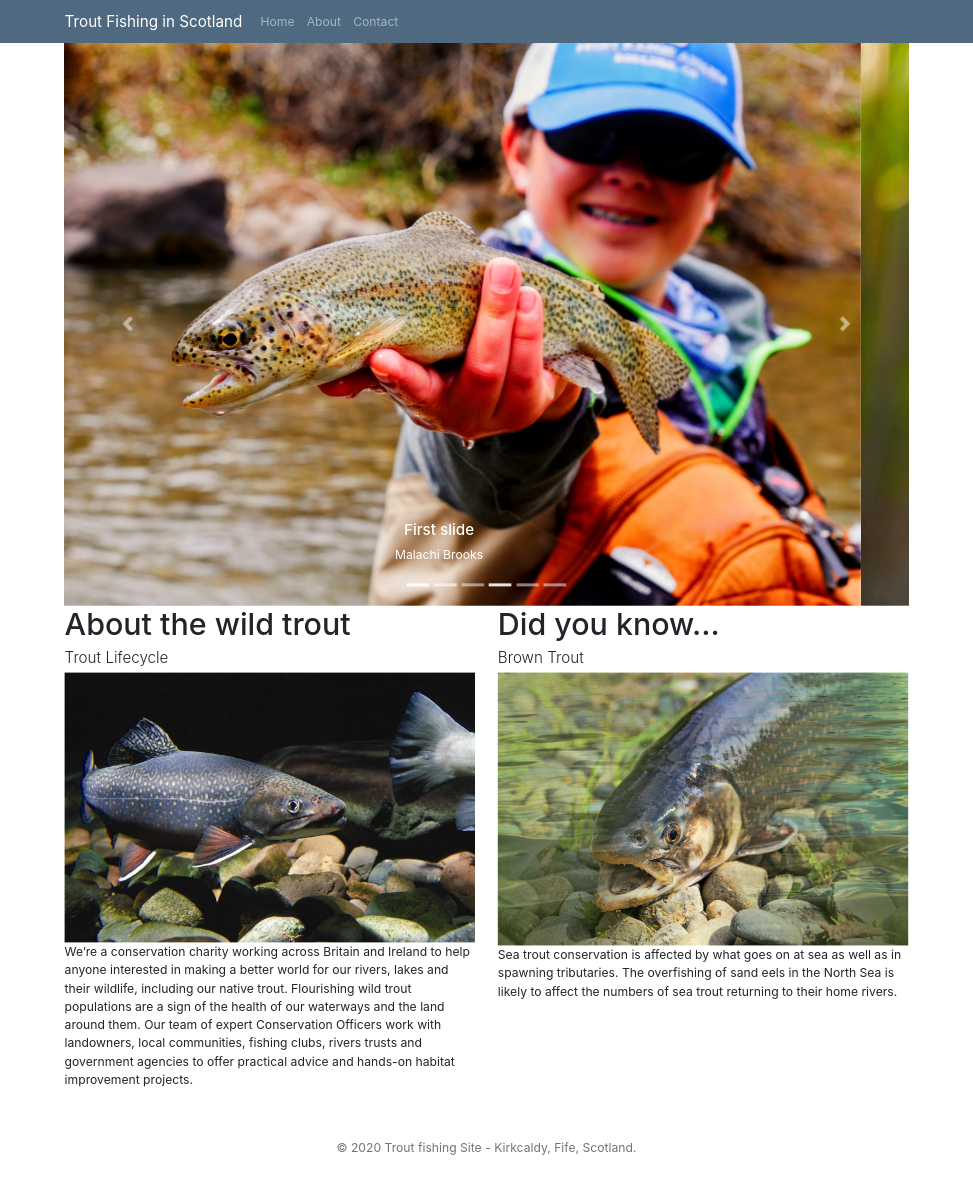
Repository: adrian9211/College_project
Page: about.html
An editor plug-in stored every save of this project. The page is shown before and after a run of saves, followed by the edit.
The browser window is 1280 px wide. The pictures show the whole page, at 76% of full size.

Above is the page before, as saved 2020-11-04 10:17:46.

After the next 2 saves:
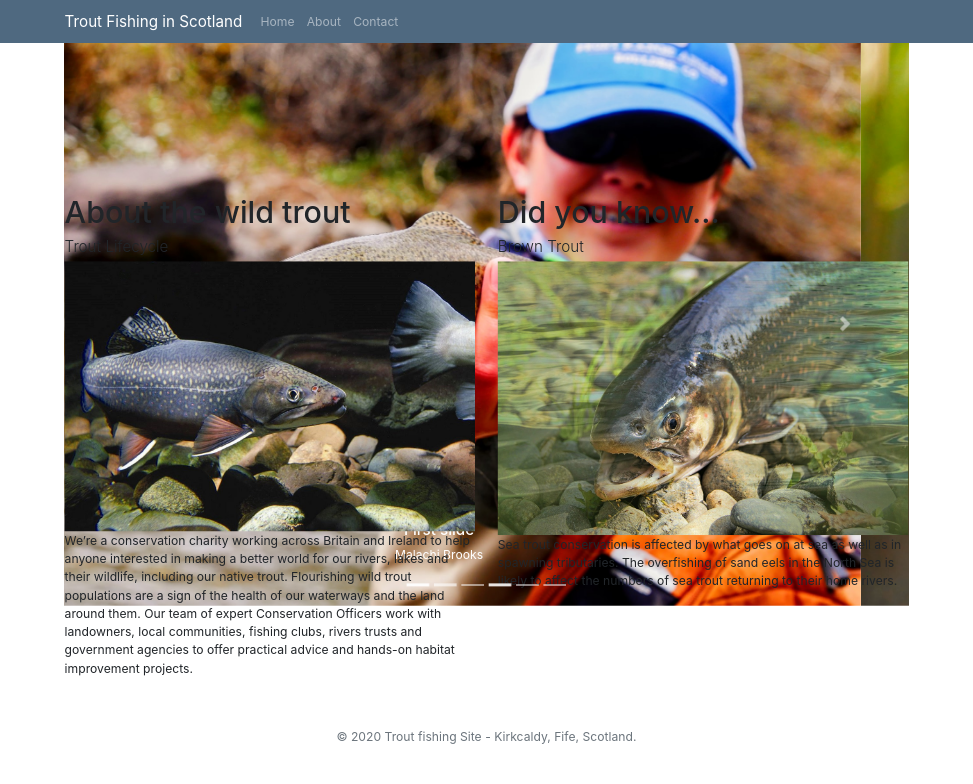
The 2 saves are shown as one change because they came seconds apart.
The last was saved 5 s later.
--- a/css/style.css
+++ b/css/style.css
@@ -29,6 +29,6 @@ footer {
     background-image: cover;
 
 }
- {
+.height2 {
     height: 200px;
 }

After the save that followed:
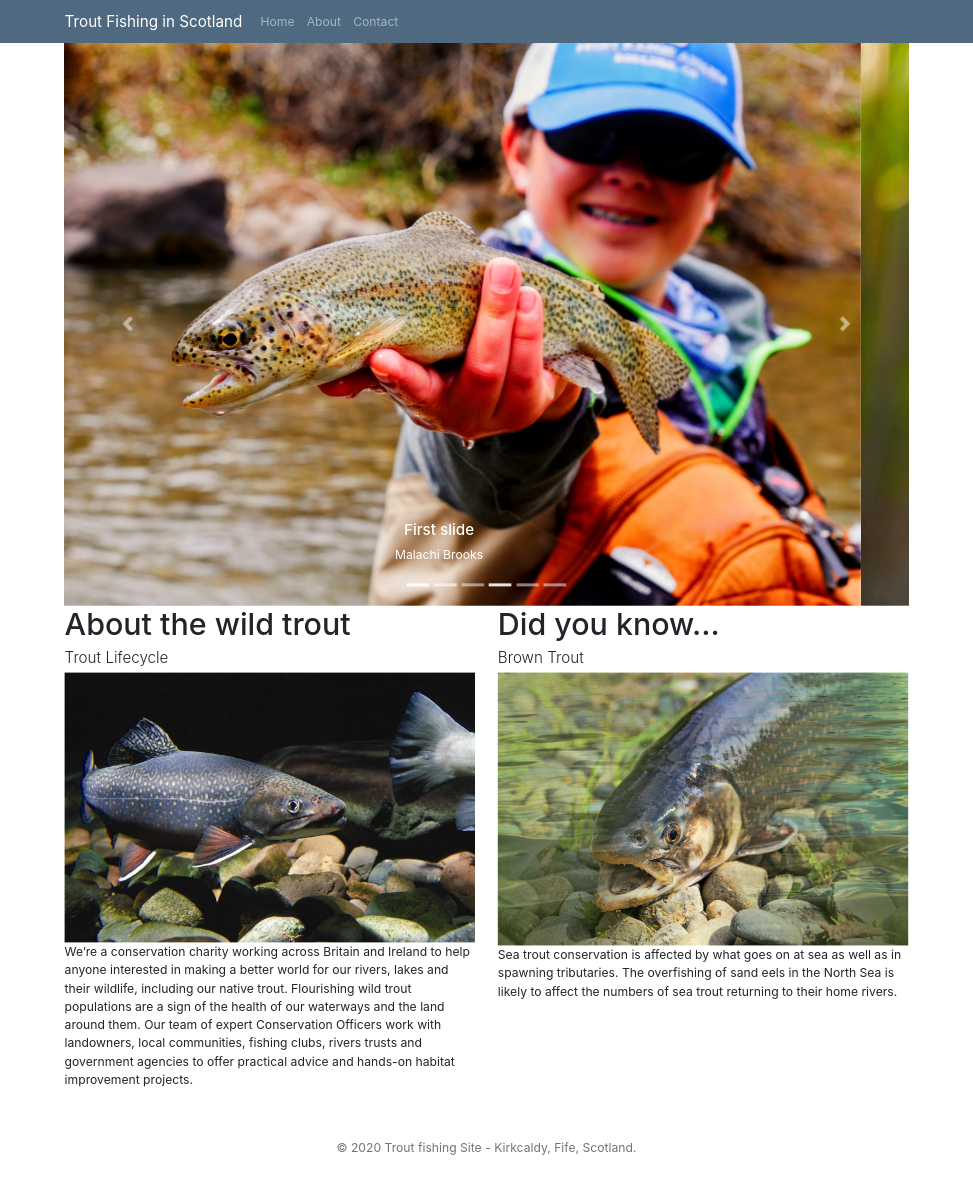
Saved 42 s later.
--- a/about.html
+++ b/about.html
@@ -36,7 +36,7 @@
       </nav>
       <!-- Navigation  bar end -->
       <!-- Carousel effect start -->
-      <div class="container height2">
+      <div class="container ">
       <div id="carouselExampleIndicators" class="carousel slide" data-ride="carousel">
         <ol class="carousel-indicators">
           <li data-target="#carouselExampleIndicators" data-slide-to="0" class="active"></li>
